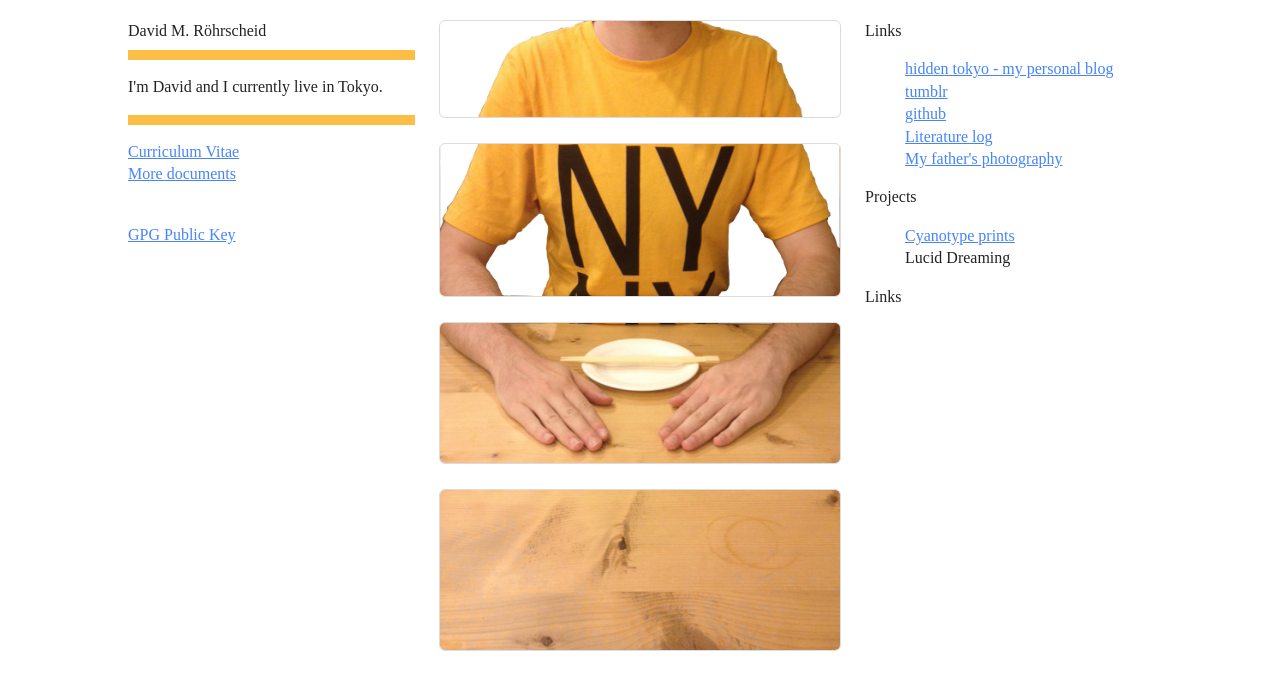
Repository: mrdavid/mrdavid.github.io
Page: index.html
The author's editor kept a record of every edit. The page is drawn from the files as they stood at one moment, then again after the next edit.
The browser window is 1280 px wide. The pictures show the whole page.
Some web fonts or font styles are not loaded; a fallback is used. Some web libraries are served in a nearby version.

Above is the page before.

After the next edit:
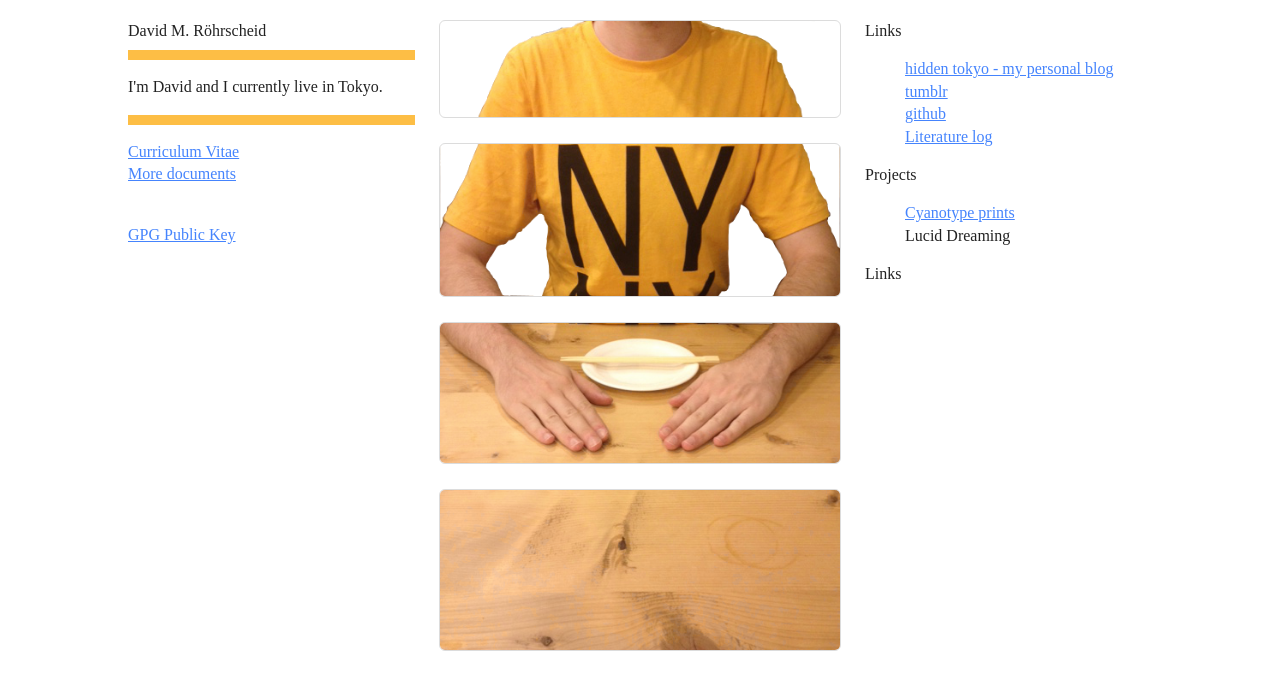
The edit:
--- a/index.html
+++ b/index.html
@@ -56,7 +56,6 @@
                     <li><a href="http://tumblr.davidr.co/">tumblr</a></li>
                     <li><a href="https://github.com/mrdavid/">github</a></li>
                     <li><a href="reading.html">Literature log</a></li>
-                    <li><a href="http://www.roehrscheid-fotografie.de/">My father's photography</a></li>
                 </ul>
                 Projects
                 <ul class="external-links">
